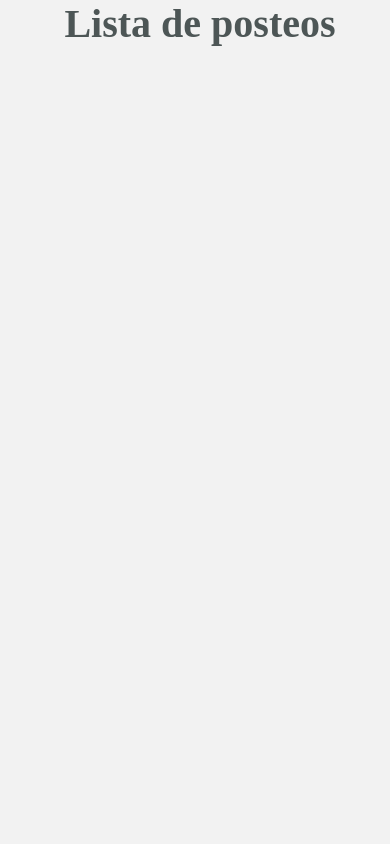
Repository: larafernandezo/finalprog3
Screen: /Home
An editor plug-in stored every save of this project. The screen is shown before and after the next save, followed by the edit.
The page's requests for data from a server got no answer. The app was drawn by React Native's web renderer in a window 390 px wide. The project was rebuilt for these pictures with package versions that can differ from the ones it lists, and the page was loaded fresh each time. No one was signed in, and anything a server would have sent is missing. Also part of the build but not shown: src/components/Camera.js, src/screens/Registro.js, src/components/Post.js, src/screens/MiPerfil.js, src/screens/NuevoPost.js, src/components/Menu.js, src/screens/Perfil.js.

Above is the screen before, as saved 2022-11-22 01:22:57.

### App.js
import { StyleSheet, View } from 'react-native';
import { NavigationContainer } from '@react-navigation/native';
import { createNativeStackNavigator } from '@react-navigation/native-stack';
import Registro from './src/screens/Registro';
import Login from './src/screens/Login';
import Home from './src/screens/Home';
import Menu from './src/components/Menu';
import Perfil from './src/screens/Perfil';


const Stack = createNativeStackNavigator();


function App() {
  return (
    <NavigationContainer>
      <Stack.Navigator>
        <Stack.Screen name='Login' component={Login} options= {{ headerShown : false}}/>
        <Stack.Screen name='Registro' component={Registro} options= {{ headerShown : false}}/>
        <Stack.Screen name='Home' component={Home} options= {{ headerShown : false}}/>
        <Stack.Screen name='Menu' component={Menu} options= {{ headerShown : false}}/>
      </Stack.Navigator>
    </NavigationContainer>
  );
};

export default App;

### src/screens/Login.js
import React, {Component} from 'react';
import {auth} from '../firebase/config';
import {View, Text, StyleSheet, TextInput, TouchableOpacity, Image} from 'react-native';

class Login extends Component {
    constructor(){
        super()
        this.state = {
            email: "",
            contraseña: "",
            error: ""
        }
    }

    componentDidMount(){
        auth.onAuthStateChanged(usuario => {
            if (usuario){
                this.props.navigation.navigate ("Menu")
            }
        })
    }

    iniciarUsuario(email, contraseña){
        auth.signInWithEmailAndPassword(email, contraseña)
            .then( res => {
                this.props.navigation.navigate("Menu")
            })
            .catch(error =>
                this.setState({
                error: error.message
            })
            )
    }

    render(){
        return(
            <View style={styles.fondo}>

            <Text style={styles.error}>{this.state.error}</Text>


                <Text style={styles.titulo}>Iniciar Sesión</Text>

                <View style={styles.caja}>
                <Text style={styles.error}>{this.state.error}</Text>
                    <TextInput
                        placeholder= 'Cuenta de Email'
                        keyboardType= 'email-address'
                        onChangeText={ texto => this.setState({email : texto})}
                        value = {this.state.email}
                        style={styles.fillin}
                    />
                    <TextInput
                        placeholder= 'Contraseña'
                        keyboardType= 'default'
                        secureTextEntry = {true}
                        onChangeText={ texto => this.setState({contraseña : texto})}
                        value = {this.state.contraseña}
                        style={styles.fillin}
                    />


{
                this.state.email =="" || this.state.contraseña =="" ?
                    <TouchableOpacity>
                        <Text style={styles.alerta}>Ingresar</Text>
                    </TouchableOpacity>
                :
                    <TouchableOpacity onPress={ () => this.iniciarUsuario (this.state.email, this.state.contraseña)} >
                        <Text style={styles.cont}>Ingresar</Text>
                    </TouchableOpacity>

}

                    <Text onPress={ () => this.props.navigation.navigate ('Registro')} style={styles.switch}>¿No tenés cuenta? Registrate haciendo click aquí</Text>
                </View>
            </View>
        )
    }
}

const styles = StyleSheet.create({
    fondo: {
        alignItems: 'center',
        backgroundColor: 'rgb(234, 242, 248)',
    },
    titulo: {
        color: 'rgb(52, 152, 219)',
        fontFamily: 'avenir',
        fontSize: 26,
        margin: 60,
    },
    caja:{
        backgroundColor: 'rgb(215, 219, 221)',
        borderRadius: 6,
        padding: 20,

    },
    fillin: {
        backgroundColor: 'rgb(253, 254, 254)',
        color: 'rgb(179, 182, 183)',
        fontFamily: 'avenir',
        fontSize: 13,
        margin: 10,
        borderRadius: 6,
        textAlign: 'center',
        padding: 5,
        textAlign: 'left',
    },
    cont: {
        fontFamily: 'avenir',
        fontSize: 14,
        margin: 10,
        backgroundColor: 'rgb(234,252,255)',
        borderRadius: 10,
        textAlign: 'center',
        padding: 5,
    },
    alerta: {
        fontFamily: 'avenir',
        fontSize: 14,
        margin: 10,
        backgroundColor: 'rgb(52, 152, 219)',
        borderRadius: 10,
        textAlign: 'center',
        padding: 5,
        color: 'rgb(234,252,255)',
    },
    switch: {
        fontFamily: 'avenir',
        fontSize: 10,
        margin: 4,
        textAlign: 'center',
        color:'rgb(77, 86, 86)',
    },
    error: {
        fontFamily: 'avenir',
        fontSize: 19,
        margin: 20,
        color: 'rgb(203, 67, 53)'
    },
})



export default Login;

### src/screens/Home.js
import React, { Component } from 'react';
import { View, Text, FlatList,  StyleSheet, TextInput} from 'react-native';
import Post from '../components/Post';
import { db } from '../firebase/config'


class Posts extends Component {

    constructor(props) {
        super(props)
        this.state = {
            posteos: [],
        }
    }

    componentDidMount() {
        db.collection('posts').onSnapshot(
            docs => {
                let posts = [];
                docs.forEach(doc => {
                    posts.push({
                        id: doc.id,
                        data: doc.data()
                    })
                })
                this.setState({
                    posteos: posts,
                })
            })
    }

    render() {
        return (
          //prueba1 descomento para ver si funca
            <View style={styles.view}>
            <Text style={styles.title}> Lista de posteos</Text>
            <FlatList
                    data={this.state.posteos}
                    keyExtractor={ item => item.id.toString()}
                    renderItem={ ({item}) => <Post postData={item} navigation={this.props.navigation} id={item.id}/>}
            />
            </View>
        )
    }
}
const styles = StyleSheet.create({

   title:{
        fontSize: 40,
        fontWeight:'bold',
        textAlign:'center',
        fontFamily: 'avenir',
        color:'rgb(77, 86, 86)',

    },
    view:{
        flex:1
    }
})

export default Posts;

### src/firebase/config.js
import app from 'firebase/app';
import firebase from 'firebase';

const firebaseConfig = {
    apiKey: "AIzaSyDPgkPZuV5RhBSI7u_oFMlRH3es895rxlU",
    authDomain: "finalprog3-bb705.firebaseapp.com",
    projectId: "finalprog3-bb705",
    storageBucket: "finalprog3-bb705.appspot.com",
    messagingSenderId: "894733539643",
    appId: "1:894733539643:web:6ef31fb78c2644aa783f1e"
  };

app.initializeApp(firebaseConfig);

export const auth = firebase.auth();
export const storage = app.storage();
export const db = app.firestore();

After the next save:
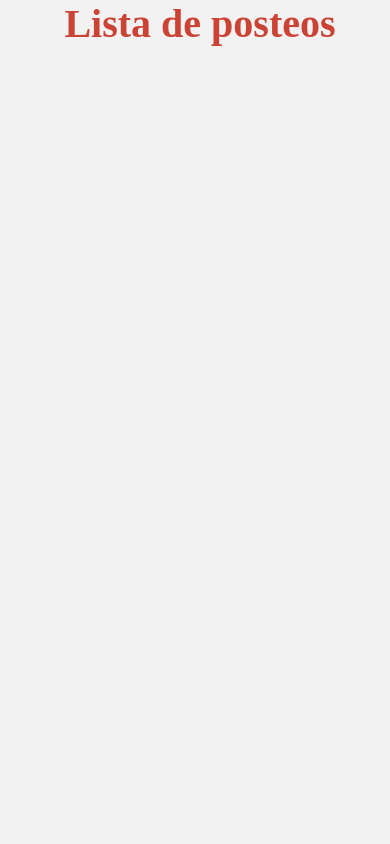
Saved 35 s later.
--- a/src/screens/Home.js
+++ b/src/screens/Home.js
@@ -50,7 +50,7 @@ const styles = StyleSheet.create({
         fontWeight:'bold',
         textAlign:'center',
         fontFamily: 'avenir',
-        color:'rgb(77, 86, 86)',
+        color: 'rgb(203, 67, 53)'
 
     },
     view:{
